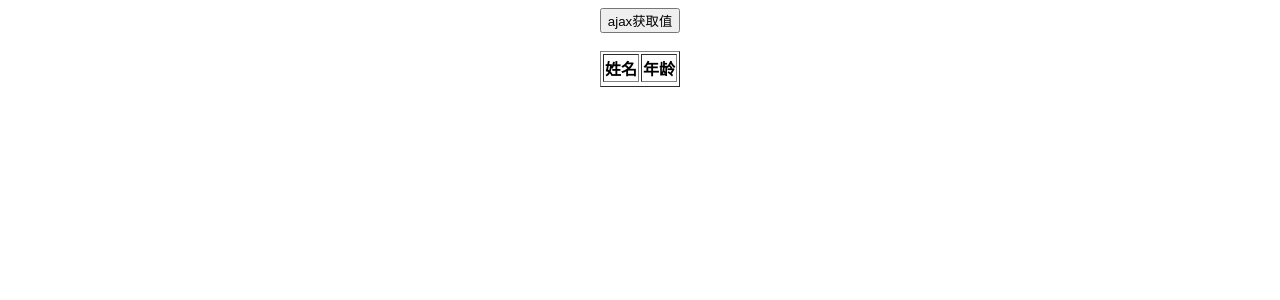
Repository: jsjchai/springmvc_study
Page: http://localhost/ajax03_json_array/
These files come from the project's save history. The page is drawn as it stood at one moment and after the next save; the edit follows.
The browser window is 1280 px wide. The pictures show the whole page.
After loading, the first visible `#button` was clicked once.
The page is served by Tomcat 9.

Above is the page before, as saved 2015-04-08 13:59:11.
Console error: TypeError: tableObj.insertCell is not a function

### springmvc/Ajax&Json/ajax03_json_array/WebContent/index.jsp
<%@ page language="java" contentType="text/html; charset=UTF-8"
    pageEncoding="UTF-8"%>
<!DOCTYPE html PUBLIC "-//W3C//DTD HTML 4.01 Transitional//EN" "http://www.w3.org/TR/html4/loose.dtd">
<html>
<head>
<meta http-equiv="Content-Type" content="text/html; charset=UTF-8">
<title>Ajax和Json</title>
<script type="text/javascript">
		function getArray() {

			var xmlHttp=new XMLHttpRequest();
			xmlHttp.open("get", "jsonServlet", true);
			xmlHttp.send();
			xmlHttp.onreadystatechange= function(){
				if(xmlHttp.readyState==4&&xmlHttp.status==200){
					alert(xmlHttp.responseText);
					//转化Object类型
					/*
					*1.var json = (new Function('return '+param +';'))();
					*2.eval('var json = '+param);
					*/
					var dataObj=eval('(' + xmlHttp.responseText + ')');
					var tableObj=document.getElementById("tab");
					var row; //行
					var col1; //第一列
					var col2; //第二列
					for(var i=1;i<dataObj.students.length;i++){
						var student=dataObj.students[i];
						row=tableObj.insertRow(); //将新行添加到表的最后
						col1=tableObj.insertCell();//第一列
						col2=tableObj.insertCell();//第二列
						col1.innerHTML=student.name;
						col2.innerHTML=student.age;
					}
				}
			};
		}
</script>
</head>
<body>
	<div style="text-align: center;">
		<div>
			<input type="button" id="button" value="ajax获取值" onclick="getArray()"><br><br>
			<table id="tab" border="1" align="center">
				<tr>
					<th>姓名</th>
					<th>年龄</th>
				</tr>
			</table>
		</div>
	</div>
</body>
</html>

### springmvc/Ajax&Json/ajax03_json_array/src/com/ajax/servlet/JsonServlet.java
package com.ajax.servlet;

import java.io.IOException;
import java.io.PrintWriter;

import javax.servlet.ServletException;
import javax.servlet.annotation.WebServlet;
import javax.servlet.http.HttpServlet;
import javax.servlet.http.HttpServletRequest;
import javax.servlet.http.HttpServletResponse;

import net.sf.json.JSONArray;
import net.sf.json.JSONObject;

@WebServlet("/jsonServlet")
public class JsonServlet extends HttpServlet {
	private static final long serialVersionUID = 1L;

	protected void doGet(HttpServletRequest req, HttpServletResponse resp)
			throws ServletException, IOException {
		doPost(req, resp);
	}

	protected void doPost(HttpServletRequest req, HttpServletResponse resp)
			throws ServletException, IOException {
		resp.setContentType("text/html; charset=UTF-8");
		//String jsonResult="{\"name\":\"ÕÅÈý\",\"age\":22}";
		JSONObject jsonResult=new JSONObject();
		jsonResult.put("students",getJsonArray());
		PrintWriter out=resp.getWriter();
		out.print(jsonResult);
		out.flush();
		out.close();
	}

	private JSONArray getJsonArray() {
		JSONArray array=new JSONArray();
		array.add(getJsonObject("ÕÅÈý",23));
		array.add(getJsonObject("ÀîËÄ",24));
		array.add(getJsonObject("ÀîÓÂ",25));
		return array;
	}

	private JSONObject getJsonObject(String name,int age){
		JSONObject student=new JSONObject();
		student.put("name",name);
		student.put("age", age);
		return student;
	}

}

After the next save:
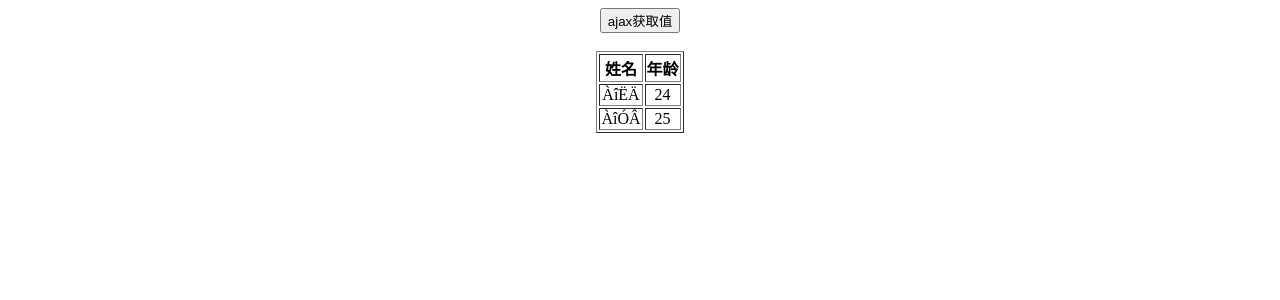
The error is gone.
Saved 57 s later.
--- a/springmvc/Ajax&Json/ajax03_json_array/WebContent/index.jsp
+++ b/springmvc/Ajax&Json/ajax03_json_array/WebContent/index.jsp
@@ -27,8 +27,8 @@
 					for(var i=1;i<dataObj.students.length;i++){
 						var student=dataObj.students[i];
 						row=tableObj.insertRow(); //将新行添加到表的最后
-						col1=tableObj.insertCell();//第一列
-						col2=tableObj.insertCell();//第二列
+						col1=row.insertCell();//第一列
+						col2=row.insertCell();//第二列
 						col1.innerHTML=student.name;
 						col2.innerHTML=student.age;
 					}
